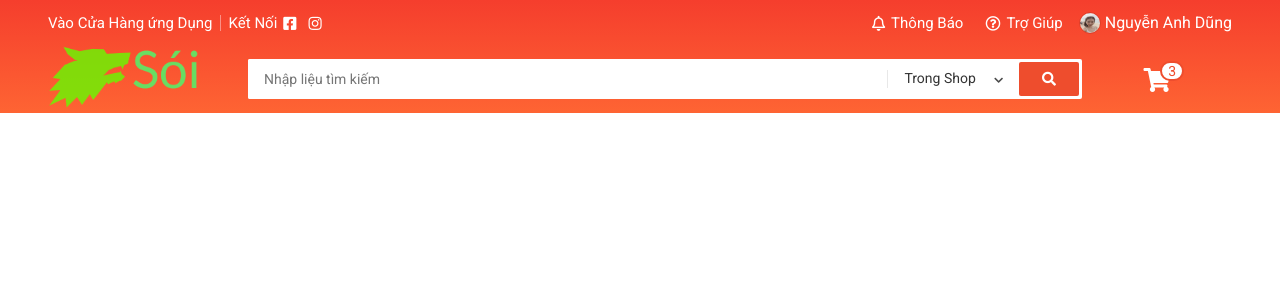
Repository: adwewecat/shoppe
Page: index.html
The author's editor kept a copy of each file at every save. The page is drawn from the files as they stood at one save, then again after a run of saves.
The browser window is 1280 px wide. The pictures show the whole page.

Above is the page before, as saved 2021-09-03 11:56:48.

After the next 2 saves:
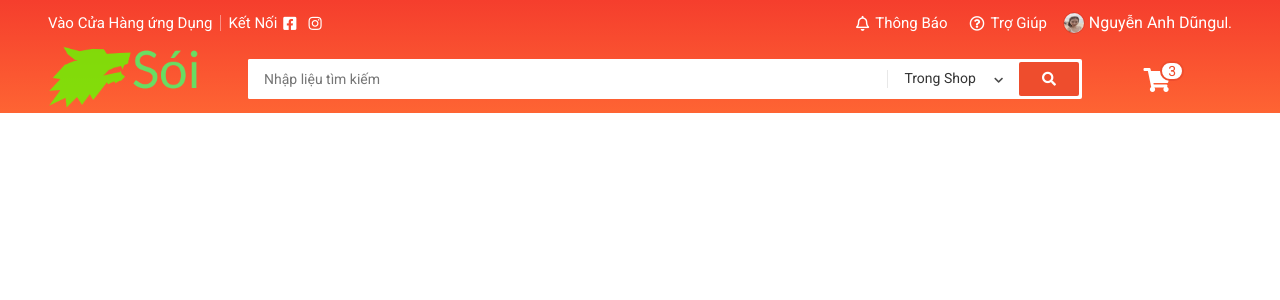
The 2 saves are shown as one change because they came seconds apart.
The last was saved 26 s later.
--- a/index.html
+++ b/index.html
@@ -132,6 +132,9 @@
                         <li class="header__navbar-item header__navbar-item-user">
                             <img src="./assets/img/san-pham/4.jpg" alt="" class="header__navbar-user-img">
                             <span class="header__navbar-user-name">Nguyễn Anh Dũng</span>
+
+                            ul.
+
                         </li>
                     </ul>
                 </nav>
